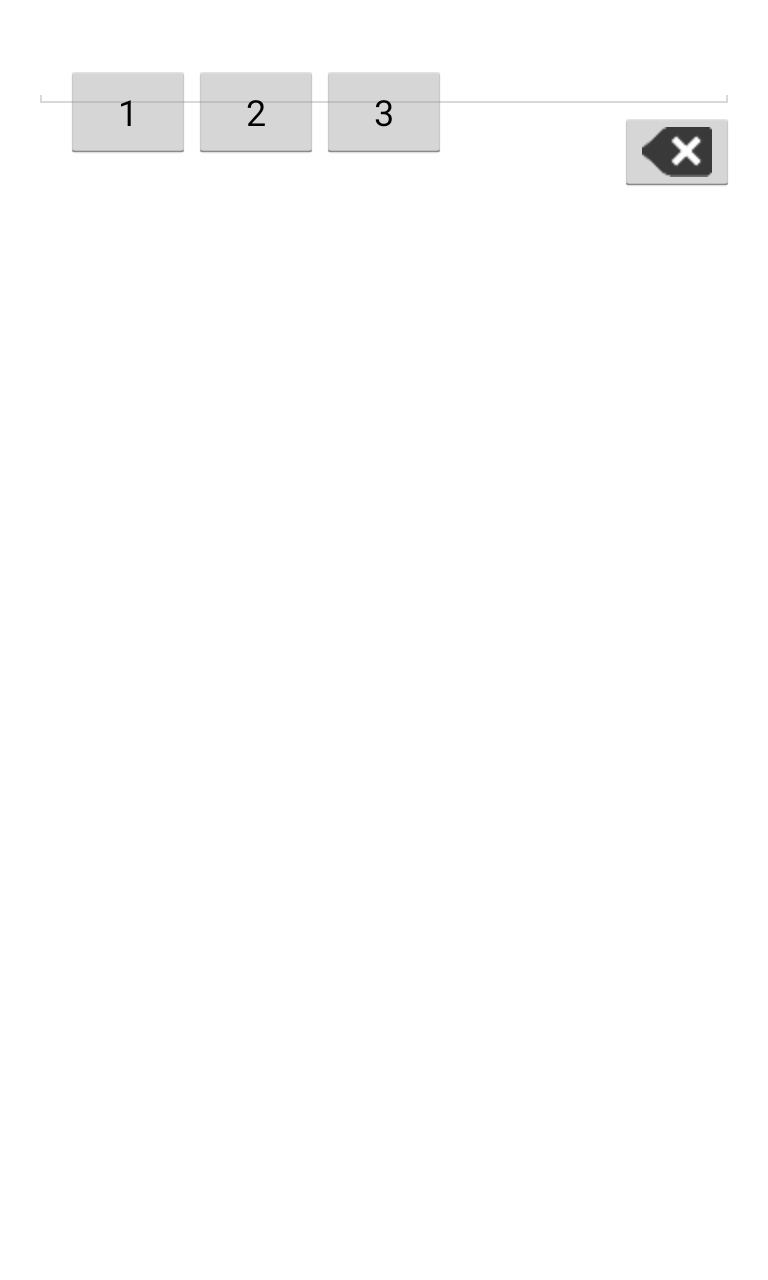
Repository: andreeastoican/Laborator03
Layout: PhoneDialer/res/layout/activity_phone_dialer.xml
These files come from the project's save history. The layout is drawn as it stood at one moment and after the next save; the edit follows.
It is drawn on a 768 x 1280 px phone screen (xhdpi) without system bars, with theme AppTheme; the app's code is not run.

Above is the layout before, as saved 2015-03-10 09:29:48.

### PhoneDialer/res/layout/activity_phone_dialer.xml
<RelativeLayout xmlns:android="http://schemas.android.com/apk/res/android"
    xmlns:tools="http://schemas.android.com/tools"
    android:layout_width="match_parent"
    android:layout_height="match_parent"
    android:paddingBottom="@dimen/activity_vertical_margin"
    android:paddingLeft="@dimen/activity_horizontal_margin"
    android:paddingRight="@dimen/activity_horizontal_margin"
    android:paddingTop="@dimen/activity_vertical_margin"
    tools:context="ro.pub.cs.systems.pdsd.lab03.phonedialer.PhoneDialerActivity" >

    <EditText
        android:id="@+id/id_edit_text"
		android:layout_width="fill_parent"
	    android:layout_height="wrap_content"
	    android:ems="10"
	    android:inputType="text"
	    android:enabled="false"
        />

    <ImageButton
        android:id="@+id/id_img_button"
        android:layout_width="wrap_content"
        android:layout_height="wrap_content"
        android:src="@drawable/backspace"
        android:layout_below="@id/id_edit_text"
        android:layout_alignParentRight="true"
    	/>

	<LinearLayout
	  android:layout_width="match_parent"
	  android:layout_height="match_parent"
	  android:paddingBottom="@dimen/activity_vertical_margin"
	  android:paddingLeft="@dimen/activity_horizontal_margin"
	  android:paddingRight="@dimen/activity_horizontal_margin"
	  android:paddingTop="@dimen/activity_vertical_margin"
	  android:orientation="horizontal">

		<Button
		    android:id="@+id/id1"
		    android:layout_width="wrap_content"
	        android:layout_height="wrap_content"
	        android:text="1"
		    />
		<Button
		    android:id="@+id/id12"
		    android:layout_width="wrap_content"
	        android:layout_height="wrap_content"
	        android:text="2"
		    />
		<Button
		    android:id="@+id/id3"
		    android:layout_width="wrap_content"
	        android:layout_height="wrap_content"
	        android:text="3"
		    />

	</LinearLayout>    "

</RelativeLayout>

Loaded but not shown: PhoneDialer/res/values/styles.xml (common file); PhoneDialer/res/values-v11/styles.xml (common file); PhoneDialer/res/values-v14/styles.xml (common file); PhoneDialer/res/values/dimens.xml (common file); PhoneDialer/res/values-w820dp/dimens.xml (common file)

After the next save:
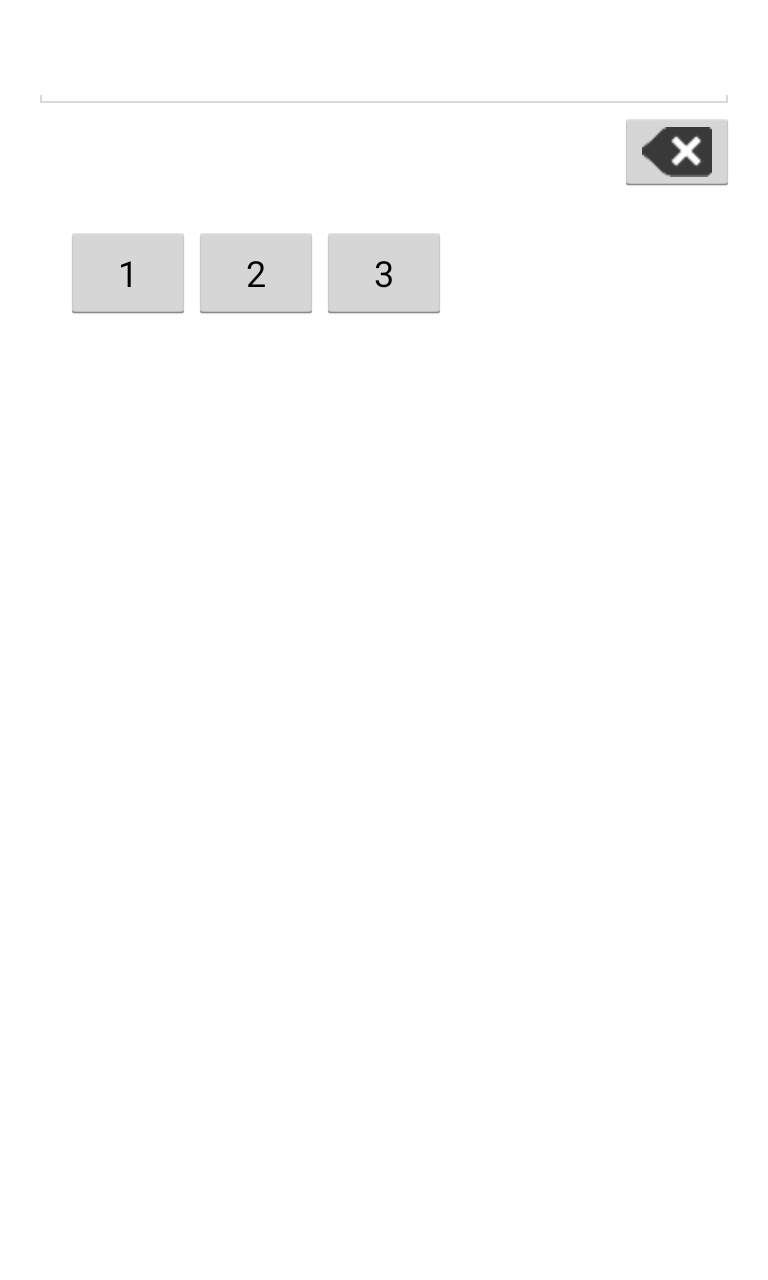
Saved 26 s later.
--- a/PhoneDialer/res/layout/activity_phone_dialer.xml
+++ b/PhoneDialer/res/layout/activity_phone_dialer.xml
@@ -27,6 +27,7 @@
     	/>
 
 	<LinearLayout
+	  android:layout_below="@id/id_img_button"
 	  android:layout_width="match_parent"
 	  android:layout_height="match_parent"
 	  android:paddingBottom="@dimen/activity_vertical_margin"
